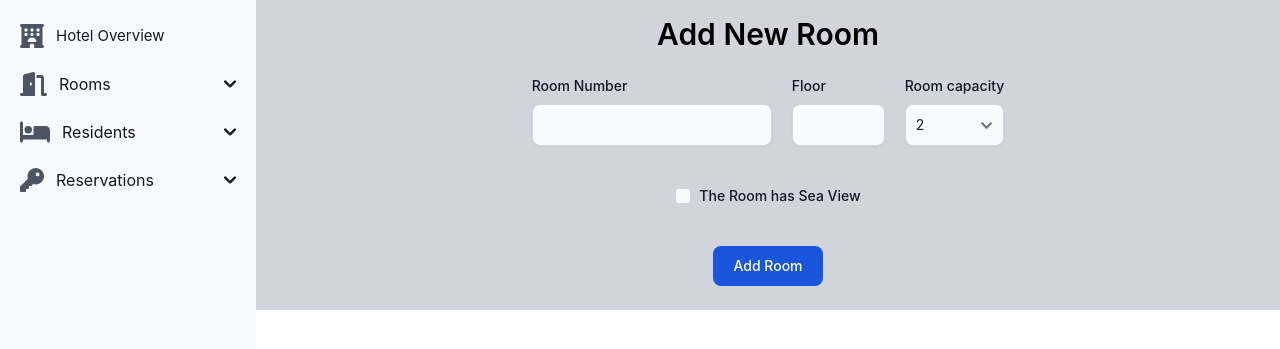
Repository: aggepap/hotelReservationsProj
Page: /rooms/add (app in admin-panel/)
These files come from the project's save history. The page is drawn as it stood at one moment and after the next save; the edit follows.
The browser window is 1280 px wide. The pictures show the whole page.
The project was rebuilt for these pictures with package versions that can differ from the ones it lists, and the page was loaded fresh each time. Also part of the build but not shown: admin-panel/vite.config.ts, admin-panel/src/views/HomeView.vue.

Above is the page before, as saved 2025-01-19 16:03:42.

After the next save:
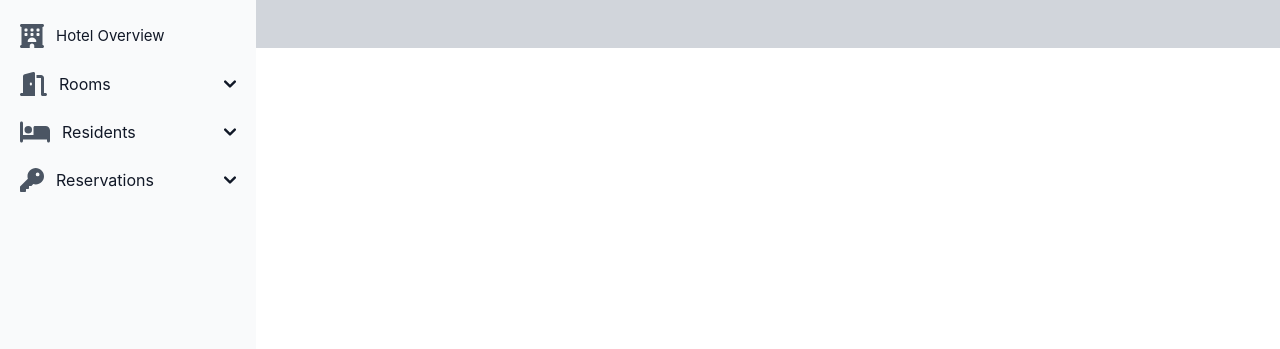
Console error: ReferenceError: formData is not defined
Saved 25 min 54 s later.
--- a/admin-panel/src/views/roomviews/AddRoomView.vue
+++ b/admin-panel/src/views/roomviews/AddRoomView.vue
@@ -1,4 +1,14 @@
-<script setup></script>
+<script setup>
+import { reactive } from "vue";
+
+formData = reactive({
+  roomNumber: "",
+  roomType: "",
+  roomPrice: "",
+  roomDescription: "",
+  roomImage: "",
+});
+</script>
 
 <template>
   <h2 class="text-black text-3xl text-center leading-5 font-semibold mb-8">

After the 6 saves that followed:
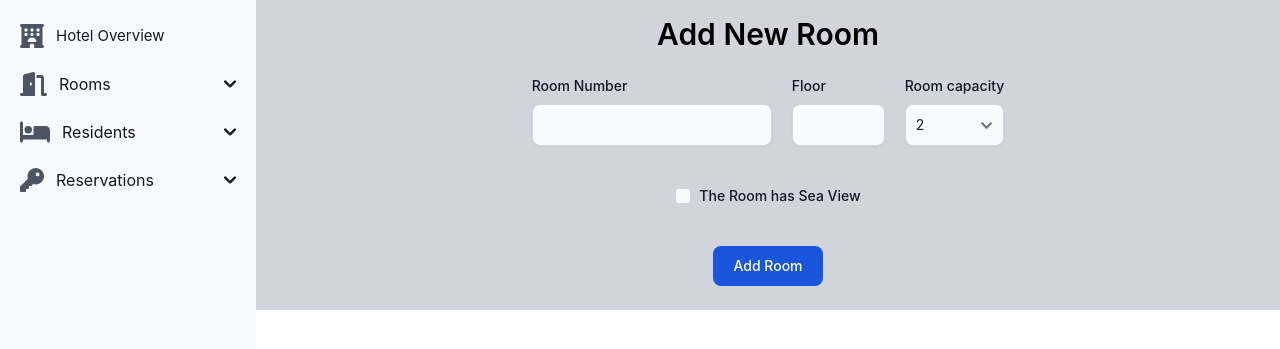
The error is gone.
The 6 saves are shown as one change because 5 left the picture as it was.
The last was saved 2 min 58 s later.
--- a/admin-panel/src/views/roomviews/AddRoomView.vue
+++ b/admin-panel/src/views/roomviews/AddRoomView.vue
@@ -1,12 +1,11 @@
 <script setup>
 import { reactive } from "vue";
 
-formData = reactive({
+const formData = reactive({
   roomNumber: "",
-  roomType: "",
-  roomPrice: "",
-  roomDescription: "",
-  roomImage: "",
+  floorNumber: "",
+  roomCapacity: "2",
+  hasSeaview: false,
 });
 </script>
 
@@ -23,6 +22,7 @@
           >Room Number</label
         >
         <input
+          v-model="formData.roomNumber"
           type="number"
           id="newRoomNumber"
           class="shadow-sm bg-gray-50 border border-gray-300 text-gray-900 text-sm rounded-lg focus:ring-blue-500 focus:border-blue-500 block w-full p-2.5 dark:bg-gray-700 dark:border-gray-600 dark:placeholder-gray-400 dark:text-white dark:focus:ring-blue-500 dark:focus:border-blue-500 dark:shadow-sm-light"
@@ -37,6 +37,7 @@
           >Floor</label
         >
         <input
+          v-model="formData.floorNumber"
           type="number"
           id="floorNumber"
           class="shadow-sm bg-gray-50 border border-gray-300 text-gray-900 text-sm rounded-lg focus:ring-blue-500 focus:border-blue-500 block w-full p-2.5 dark:bg-gray-700 dark:border-gray-600 dark:placeholder-gray-400 dark:text-white dark:focus:ring-blue-500 dark:focus:border-blue-500 dark:shadow-sm-light"
@@ -52,13 +53,14 @@
           >Room capacity</label
         >
         <select
+          v-model="formData.roomCapacity"
           id="roomCapacity"
           class="shadow-sm bg-gray-50 border border-gray-300 text-gray-900 text-sm rounded-lg focus:ring-blue-500 focus:border-blue-500 block w-full p-2.5 dark:bg-gray-700 dark:border-gray-600 dark:placeholder-gray-400 dark:text-white dark:focus:ring-blue-500 dark:focus:border-blue-500 dark:shadow-sm-light"
           required
         >
-          <option value="double">2</option>
-          <option value="triple">3</option>
-          <option value="family">4</option>
+          <option value="2">2</option>
+          <option value="3">3</option>
+          <option value="4">4</option>
         </select>
       </div>
     </div>
